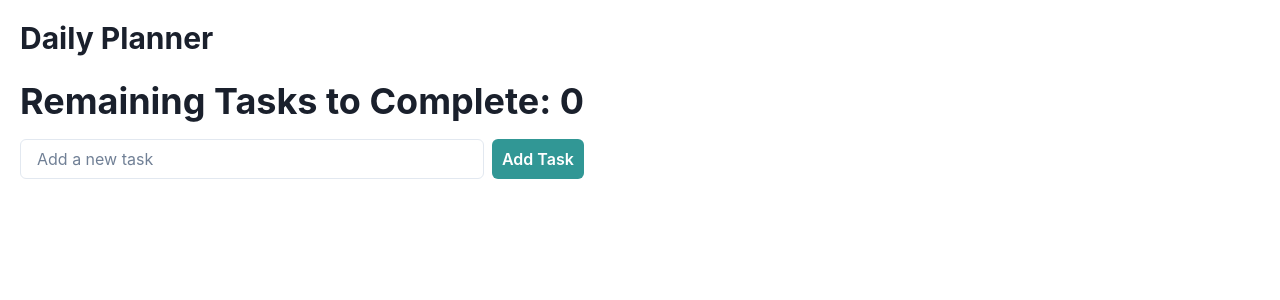
Repository: navnneett/COMP-3170-lab04
Page: /
The author's editor kept a copy of each file at every save. The page is drawn from the files as they stood at one save, then again after the next save.
The browser window is 1280 px wide. The pictures show the whole page.
The project was rebuilt for these pictures with package versions that can differ from the ones it lists, and the page was loaded fresh each time. Also part of the build but not shown: vite.config.js, src/components/Task.jsx.

Above is the page before, as saved 2024-10-20 20:18:56.

After the next save:
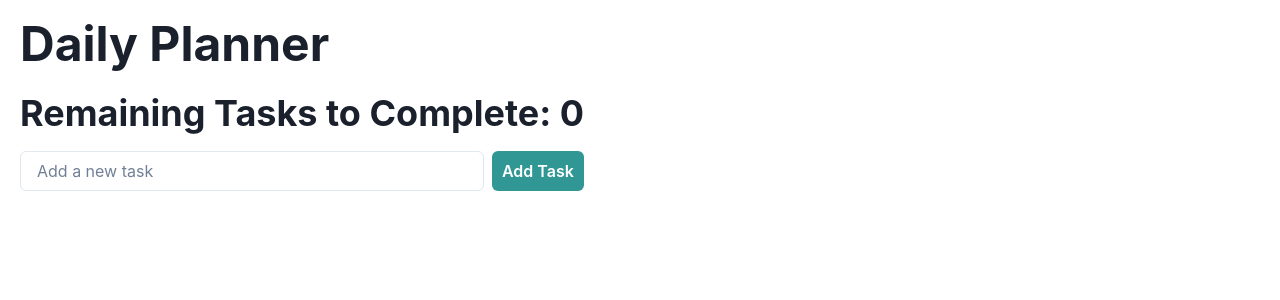
Saved 58 s later.
--- a/src/App.jsx
+++ b/src/App.jsx
@@ -29,7 +29,7 @@ function App() {
   return (
     <ChakraProvider>
       <Box p={5}>
-        <Heading mb={6} size="lg">Daily Planner</Heading>
+        <Heading mb={6} size="2xl">Daily Planner</Heading>
         <Heading mb={4}>Remaining Tasks to Complete: {remainingTasks}</Heading>
         <TaskForm addTask={addTask} />
         <VStack spacing={3} mt={5}>
